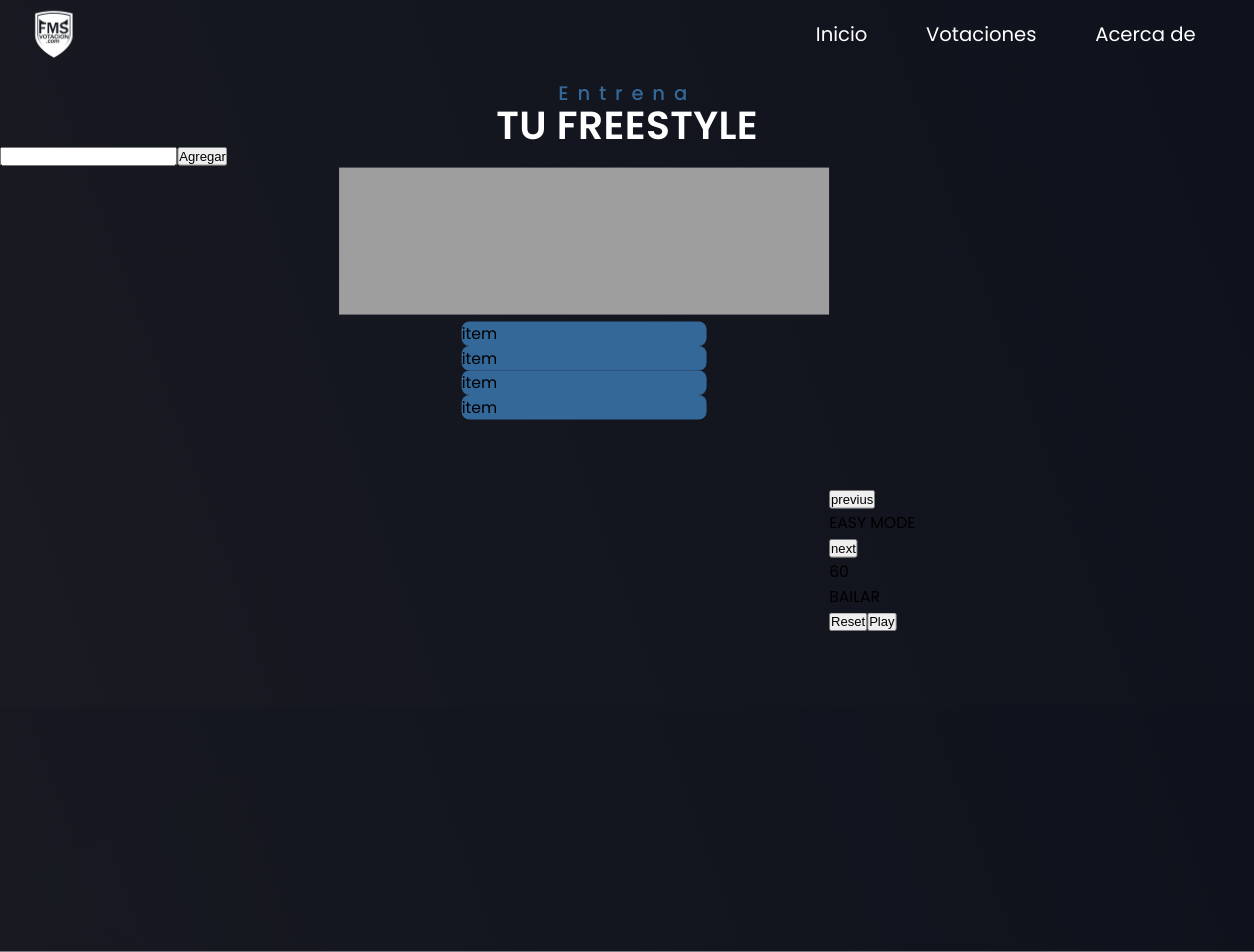
Repository: ezegonzalez912/fmsvotacion2
Page: /practice
An editor plug-in stored every save of this project. The page is shown before and after the next save, followed by the edit.
The browser window is 1280 px wide. The pictures show the whole page, at 98% of full size.
Pictures or frames that could not be fetched are drawn as grey boxes. The page's requests for data from a server got no answer. The project was rebuilt for these pictures with package versions that can differ from the ones it lists, and the page was loaded fresh each time. No one was signed in, and anything a server would have sent is missing. Also part of the build but not shown: src/components/screens/AboutScreen.js, src/components/Error.js, src/components/Apoya.js, src/components/screens/MainScreen.js, src/components/Contexts/CompContext.js, src/helpers/valueCheck.js, src/helpers/valueCheck2.js, src/hooks/useVote.js and 42 more.

Above is the page before, as saved 2021-08-15 00:49:07.

### public/index.html
<!DOCTYPE html>
<html lang="en">
  <head>
    <meta charset="utf-8" />
    <link rel="icon" href="%PUBLIC_URL%/favicon.ico" />
    <meta name="viewport" content="width=device-width, initial-scale=1" />
    <meta name="theme-color" content="#000000" />
    <meta
      name="description"
      content="Vota batallas con formato FMS desde un solo lugar, de manera sencilla, sin la necesesidad de descargar nada.
              COMO VOTAR FMS ARGENTINA CHILE PERU MEXICO COLOMBIA INTERNACIONAL ESPAÑA BNET DESCARGAR COMO VOTAR FMS ONLINE WOS FINAL FMS INTERNACIONAL RED BULL DECIMALES
              2021 2018 FORMATO FMS"
    />
    <link rel="apple-touch-icon" href="%PUBLIC_URL%/logo192.png" />
    <!--
      manifest.json provides metadata used when your web app is installed on a
      user's mobile device or desktop. See https://developers.google.com/web/fundamentals/web-app-manifest/
    -->
    <link rel="manifest" href="%PUBLIC_URL%/manifest.json" />
    <link rel="preconnect" href="https://fonts.googleapis.com">
    <link rel="preconnect" href="https://fonts.gstatic.com" crossorigin>
    <link rel="stylesheet" href="https://cdnjs.cloudflare.com/ajax/libs/animate.css/4.1.1/animate.min.css" />
    <link href="https://fonts.googleapis.com/css2?family=Poppins:wght@100;200;300;400;500;600&display=swap" rel="stylesheet">
    <title>FMS Votación</title>
    <script data-ad-client="ca-pub-5177858250142548" async src="https://pagead2.googlesyndication.com/pagead/js/adsbygoogle.js"></script>
  </head>
  <body>
    <noscript>You need to enable JavaScript to run this app.</noscript>
    <div id="root"></div>
    <!--
      This HTML file is a template.
      If you open it directly in the browser, you will see an empty page.

      You can add webfonts, meta tags, or analytics to this file.
      The build step will place the bundled scripts into the <body> tag.

      To begin the development, run `npm start` or `yarn start`.
      To create a production bundle, use `npm run build` or `yarn build`.
    -->
  </body>
</html>

### src/styles/app.scss
@forward "./settings/main";
@forward "./components/menu";
@forward "./components/mode";
@forward  "./components/subtitles-mode";
@forward "./components/modal";
@forward "./components/navbar";
@forward "./components/screens";
@forward "./components/videoAndVote";
@forward "./components/searchVideo";
@forward "./components/error";
@forward "./components/votedSaveds";
@forward "./components/about";
@forward "./components/apoya";
@forward "./components/practice";
@forward "./settings/settings";

### src/styles/settings/_main.scss
@use "../settings/colors" as c;

body, html{
    background: c.$gradient-primary;
    margin: 0;
    height: auto;
    width: auto;
    box-sizing: border-box;
    font-family: 'Poppins', sans-serif;
}

*{
    margin: 0;
    padding: 0;
    box-sizing: border-box;
}

*::-webkit-scrollbar {
    width: 8px;     /* Tamaño del scroll en vertical */
    height: 8px;    /* Tamaño del scroll en horizontal */
}

*::-webkit-scrollbar-thumb {
    background: rgba(43, 42, 42, 0.267);
    border-radius: 4px;
    box-shadow: 0px 0px 6px rgba(0, 0, 0, 0.315);
}

*::-webkit-scrollbar-track {
    background: c.$dark-primary;
    box-shadow: 0px 0px 6px rgba(0, 0, 0, 0.158);
}

*{
    scroll-behavior: smooth;
}

@media (max-width:280px){
    body, html{
        background: c.$dark-primary;
    }
}

### src/styles/settings/_colors.scss
$primary: #346899;
$secundary: #244463;
// $dark-primary: #1a1a1b;
// $dark-secundary: #242425;
$border: rgba(255, 255, 255, 0.5);
//$gradient-primary: linear-gradient(250.3deg, rgb(24, 24, 24), #242425);
$gradient-primary: linear-gradient(250.3deg, #0E121C, #191A22);
$dark-primary: #16181f;
$dark-secundary: #1d1f25;

### src/styles/settings/_mixins.scss
@use "../settings/colors" as c;

@mixin center($direction) {
    align-items: center;
    display: flex;
    flex-direction: $direction;
    justify-content: center;
}

@mixin input {
    border-style: none;
    outline: none;
    color: white;
    border-radius: 8px;
    font-size: 18px;
    font-weight: 600;
    text-align: center;
    width: 27px;
    height: 27px;
}

@mixin inputNormal {
    border-style: none;
    outline: none;
    cursor: pointer;
    border-radius: 8px;
    font-size: 14px;
    transition: .2s;
}

### src/styles/components/_mode.scss
@use "../settings/colors" as c;
@use "../settings/mixins" as m;

.mode__main{
    display: flex;
    justify-content: space-evenly;
    align-items: center;
    width: 100%;
    height: auto;
    box-sizing: border-box;
    p{
        width: 12%;
        margin: 0;
    }
}

.mode__name{
    @include m.inputNormal;
    cursor: text;
    padding: 3px 0;
    text-align: center;
    background-color: c.$dark-secundary;
    border: 1px solid c.$border;
    color: white;
    width: 17%;
    margin: 0;
    &:focus{
        border: 1px solid c.$primary;
    }
}

.mode__input{
    @include m.input;
    margin: 0 3px;
    background-color: c.$dark-secundary;
}

.mode__input2{
    @include m.input;
    margin: 0 3px 0 10px;
    background-color: c.$dark-secundary;
}

.mode__inputRes{
    @include m.center(column);
}

.mode__checkbox{
    height: 15px;
    margin: 3px 0 0 0;
    color: red;
}

.mode__total{
    @include m.input;
    background-color: c.$dark-secundary;
    color: white;
    margin-left: 10px;
    font-size: 13px;
    width: 35px;
}

.mode__res{
    @include m.center(row)
}

.mode__resultado{
    @include m.center(row);
    justify-content: space-evenly;
    width: 100%;
    p{
        margin: 0 0 5px 0;
    }
    div {
        @include m.center(column);
    }
}

.mode__resultado-subtitle{
    margin: 0;
    color: c.$primary;
    font-weight: 600;
    letter-spacing: .45px;
}

### src/styles/components/_subtitles-mode.scss
@mixin default($padding) {
    display:flex;
    justify-content: flex-end;
    width: 100%;
    text-align: right;
    padding-right: $padding;
    p{
        font-size: 10px;
        font-weight: 300;
        margin-top: 0;
        margin-bottom: 0;
    }
}

.subtitle_4{
    margin-left: 7px;
}
.subtitle_3{
    margin-left: 5px;
}
.subtitle_2{
    margin-left: 4px;
}

.menu__easy-subtitle{
    @include default(72px);
}

.menu__hard-subtitle{
    @include default(83px);
}

.menu__tematica-subtitle{
    @include default(104px);
}

.menu__random-subtitle{
    @include default(60px);
}

.menu__sangre-subtitle{
    @include default(82px);
}

.menu__deluxe-subtitle{
    @include default(22px);
}

### src/styles/components/_modal.scss
@use "../settings/colors" as c;
@use "../settings/mixins" as m;

.modal__main{
    display: none;
    top: 0;
    left: 0;
    position: fixed;
    height: 100%;
    width: 100%;
    background-color: rgba(16, 16, 22, 0.664);
    z-index: 999;
    text-align: center
}

.modal__main-open{
    @include m.center(column);
}

.modal__container{
    @include m.center(column);
    background-color: c.$dark-primary;
    border: 1px solid c.$border;
    border-radius: 8px;
    color: white;
    padding: 20px;
    width: 300px;
    p{
        margin: 0 10px 20px 10px;
    }
    label{
        font-size: 13px;
        display: flex;
        width: 100%;
        padding-left: 10px;
    }
}

@mixin button{
    @include m.inputNormal;
    padding: 8px;
    color: white;
    border: 1px solid c.$border;
    margin: 0 5px;
    background-color: c.$dark-secundary;
}

.modal__button{
    @include button;
    &:hover{
        background-color: c.$primary;
    }
}

.modal__input{
    @include m.inputNormal;
    border: 1px solid c.$border;
    background-color: c.$dark-primary;
    padding: 10px;
    color: white;
    width: 100%;
    margin-bottom: 10px;
    box-sizing: border-box;
    cursor: text;
    &:focus{
        border: 1px solid c.$primary;
    }
}

@media (max-width:300px){
    .modal__container{
        width: 95%;
    }
}

### src/styles/components/_navbar.scss
@use "../settings/colors" as c;
@use "../settings/mixins" as m;

.navBar__cotainer{
    @include m.center(row);
    position: absolute;
    top: 0;
    justify-content: space-between;
    box-sizing: border-box;
    padding: 10px 30px;
    height: 70px;
    width: 100%;
    min-width: 280px;
    box-sizing: border-box;
    z-index: 800;
    a{
        height: 100%;
        z-index: 900;
        img{
            z-index: 900;
            height: 100%;
        }
    }
    .navBar__text{
        a{
            font-size: 20px;
            text-decoration: none;
            color: white;
            padding: 5px 30px;
            transition: .2s;
            &:hover{
                color: c.$primary;
            }
        }
    }
}

.navBar__menu{
    display: none;
    justify-content: center;
    align-items: center;
    z-index: 500;
    height: 50px;
    width: 50px;
    border-radius: 50px;
    transition: .2s;
    &:hover{
      background: c.$primary;
    }
    svg{
        font-size: 35px;
        color: white;
        cursor: pointer;
    }
}

.navBar__menu-list{
    display: none;
    z-index: 400;
    background: c.$dark-secundary;
    box-shadow: 0px 0px 6px rgba(0, 0, 0, 0.315);
    position: absolute;
    top: 0;
    right: 0;
    flex-direction: column;
    box-sizing: border-box;
    width: 100%;
    justify-content: flex-start;
    align-items: center;
    padding-top: 70px;
    a{
        width: 100%;
        text-align: center;
        text-decoration: none;
        color: white;
        padding: 15px 0;
        border-bottom: 1px solid c.$dark-primary;
        transition: .2s;
        &:hover{
            background: c.$dark-primary;
        }
    }
}

@media (max-width:900px){
    .navBar__menu{
        display: flex;
    }
    .navBar__menu-list{
        display: flex;
    }
    .navBar__text{
        display: none;
    }
    .navBar__cotainer{
        padding: 10px 20px;
    }
}
@media (max-width:700px){
    .navBar__cotainer{
        padding: 10px 15px;
    }
}
@media (max-width:600px){
    .navBar__cotainer{
        padding: 10px 10px;
    }
}
@media (max-width:500px){
    .navBar__cotainer{
        padding: 10px 5px;
    }
}

### src/styles/components/_screens.scss
@use "../settings/colors" as c;
@use "../settings/mixins" as m;

.screen__main{
    box-sizing: border-box;
    min-height: 600px;
    min-width: 280px;
    height: 100vh;
    width: 100%;
}

.screen__vote{
    margin-top: 70px;
    width: 100%;
    display: flex;
    justify-content:center;
    align-items: center;
    height: 100vh;
    min-height: 400px;
    min-width: 280px;
}

.vote-window__screen{
    @include m.center(column);
    height: 100vh;
    width: 100%;
}

.about__screen{
    position: relative;
    width: 100%;
    min-height: 100vh;
    height: auto;
    min-width: 280px;
}

.vote-saved__screen{
    min-width: 280px;
    height: auto;
    width: 100%;
    padding-top: 100px;
    padding-bottom: 130px;
    box-sizing: border-box;
    min-height: 100vh;
    @include m.center(column);
    justify-content: flex-start;
    gap: 50px;
    position: relative;
}

.screen__practice{
    padding-top: 80px;
    height: 100vh;
    width: 100%;
}

### src/styles/components/_videoAndVote.scss
@use "../settings/colors" as c;
@use "../settings/mixins" as m;

.videoAndVote__main{
    width: 100%;
    height: 100vh;
    display: flex;
    flex-direction: column;
    justify-content: center;
    align-items: center;
    gap: 5px;
    padding: 5px;
}

.video-player{
    width: 100%;
    height: 100%;
    iframe{
        border-radius: 8px;
    }
}

@media (max-width: 738px){
    .videoAndVote__main{
        padding: 0;
    }
    .video-player{
        iframe{
            border-radius: 0;
        }
    }
    .vote-app__scroll{
        box-sizing: border-box;
        width: 100%;
        overflow-x: scroll;
        overflow-y: hidden;
        min-height: 195px;
        display: flex;
        align-items: flex-start;
        padding: 0 5px;
    }
}

### src/styles/components/_searchVideo.scss
@use "../settings/colors" as c;
@use "../settings/mixins" as m;

.searchVideo__main{
    position: relative;
    @include m.center(column);
    height: 100%;
}

.searchVideo__title{
    @include m.center(column);
    color: white;
    p{
        color: c.$primary;
        font-size: 20px;
        letter-spacing: 0.45em;
    }
    h2{
        letter-spacing: 0.010em;
        font-size: 40px;
        font-weight: 600;
        text-align: center;
        line-height: 110%;
        margin-bottom: 10px;
    }
}

.searchVideo__form{
    display: none;
    border-radius: 20px;
    z-index: 200;
    @include m.center(row);
    box-shadow: 0px 0px 6px rgba(0, 0, 0, 0.315);
    input{
        @include m.inputNormal;
        border-radius: 20px 0 0 20px;
        width: 450px;
        padding: 0 10px;
        height: 40px;
        color: c.$dark-secundary;
        cursor: text;
        background: c.$primary;
        &::placeholder{
            letter-spacing: 0.6px;
            color: c.$dark-secundary;
            font-size: 15px;
        }
    }
    button{
        @include m.inputNormal;
        @include m.center(row);
        background: c.$primary;
        border-left: 1px solid c.$dark-secundary;
        border-radius: 0 20px 20px 0;
        padding: 0 15px;
        height: 40px;
        color: c.$dark-secundary;
        &:hover{
            background: c.$secundary;
        }
    }
}

.searchVideo____ventana{
    @include m.center(row);
    cursor: pointer;
    color: c.$secundary;
    transition: .2s;
    p{
        margin-top: 5px;
        text-decoration: underline;
        font-size: 13px;
    }
    svg{
        font-size: 8px;
        margin-left: 2px;
    }
    &:hover{
        color: c.$primary;
    }
}

.curve{
    position: absolute;
    bottom: 0;
    z-index: 100;
    width: 100%;
    svg{
        path{
            fill: c.$primary;
        }
    }
}

@media (max-width:800px){
    .searchVideo__title{
        h2{
            font-size: 32px;
            line-height: 45px;
        }
        p{
            font-size: 17px;
        }
    }
    .searchVideo____ventana{
        display: none;
    }
}

@media (max-width:600px){
    .searchVideo__main{
        padding:0 30px;
    }
    .searchVideo__form{
        width: 100%;
        input{
            width: 100%;
        }
    }
}

@media (max-width:500px){
    .searchVideo__title{
        h2{
            font-size: 25px;
            line-height: 120%;
            margin-bottom: 5px;
        }
        p{
            font-size: 15px;
        }
    }
}
@media (max-width:400px){
    .searchVideo__title{
        h2{
            font-size: 20px;
            margin-bottom: 5px;
        }
        p{
            font-size: 13px;
        }
    }
    .searchVideo__main{
        padding: 0 15px;
    }
}
@media (max-width:300px){
    .searchVideo__main{
        padding:0 5px;
    }
    .searchVideo__title{
        h2{
            font-size: 17px;
            margin: 3px 0 15px 0;
        }
        p{
            font-size: 11px;
        }
    }
}

### src/styles/components/_error.scss
@use "../settings/colors" as c;
@use "../settings/mixins" as m;

.searchVideo__ventana{
    @include m.center(row);
    width: 100%;
}

.error__container{
    z-index: 900;
    @include m.center(row);
    position: absolute;
    width: 390px;
    padding: 5px 10px 10px 10px;
    top: 5vh;
    background: white;
    border-radius: 20px;
    box-shadow: 3px 3px 6px rgba(0, 0, 0, 0.315);
    svg{
        color: rgb(214, 97, 76);
        font-size: 60px;
        margin-right: 10px;
    }
    h2{
        color: c.$primary;
        font-size: 20px;
    }
    p{
        font-size: 14px;
    }
}

@media (max-width:800px){
    .error__container{
        width: 340px;
        padding: 5px 8px 8px 8px;
        svg{
            font-size: 60px;
            margin-right: 10px;
        }
        h2{
            font-size: 16px;
        }
        p{
            font-size: 12px;
        }
    }
}

@media (max-width:390px){
    .error__container{
        width: 90%;
        svg{
            font-size: 50px;
            margin-right: 5px;
        }
        h2{
            font-size: 14px;
        }
        p{
            font-size: 11.5px;
        }
    }
}

### src/styles/components/_about.scss
@use "../settings/colors" as c;
@use "../settings/mixins" as m;

.about__main{
    @include m.center(column);
    align-items: flex-start;
    width: 100%;
    height: 100%;
    padding: 100px;
    padding-bottom: 150px;
    box-sizing: border-box;
    h1{
        color: white;
    }
}

.about__title{
    margin-bottom: 10px;
    h2{
        letter-spacing: 0.010em;
        font-size: 40px;
        font-weight: 600;
        text-align: center;
        line-height: 90%;
        color: white;
    }
    p{
        color: c.$primary;
        font-size: 20px;
        letter-spacing: 0.45em;
        font-weight: 500;
    }
}

.about__info{
    color: white;
    margin-bottom: 20px;
    max-width: 800px;
    h1{
        font-size: 18px;
        font-weight: 500;
    }
    p{
        font-size: 14px;
        font-weight: 300;
        a{
            color: c.$primary;
            &hover{
                color: c.$secundary;
            }
        }
    }
}

@media (max-width:700px){
    .about__main{
        padding-right: 40px;
        padding-left: 40px;
    }
    .about__title{
        h2{
            font-size: 30px;
        }
        p{
            font-size: 17px;
        }
    }
    .about__info{
        h1{
            font-size: 15px;
        }
        p{
            font-size: 13px;
        }
    }
}

@media (max-width:500px){
    .about__main{
        padding-right: 15px;
        padding-left: 15px;
    }
    .about__title{
        h2{
            font-size: 28px;
        }
        p{
            font-size: 15px;
        }
    }
    .about__info{
        h1{
            font-size: 13px;
        }
        p{
            font-size: 11px;
        }
    }
}
@media (max-width:400px){
    .about__main{
        padding-right: 10px;
        padding-left: 10px;
    }
    .about__title{
        h2{
            font-size: 24px;
        }
    }
}

### src/styles/components/_apoya.scss
@use "../settings/colors" as c;
@use "../settings/mixins" as m;

.apoya__main{
    position: absolute;
    background-color: c.$dark-secundary;
    border: 1px solid c.$border;
    border-radius: 8px;
    width: 285px;
    padding: 5px;
    bottom: 10px;
    right: 10px;
    box-shadow: 1px 1px 6px rgba(0, 0, 0, 0.315);
    h1{
        font-size: 14px;
        font-weight: 500;
        color: c.$primary;
    }
    p{
        font-size: 13px;
        padding-right: 10px;
        font-weight: 300;
        color: c.$dark-primary;
        color: white;
        span{
            color: c.$primary;
            text-decoration: underline;
            cursor: pointer;
            &:hover{
                color: c.$secundary;
            }
        }
    }
    z-index: 900;
}

.apoya__title{
    @include m.center(row);
    justify-content: space-between;
    svg{
        cursor: pointer;
        color: white;
        font-size: 15px;
    }
}

### src/styles/components/_practice.scss
@use "../settings/colors" as c;
@use "../settings/mixins" as m;

.practice__main{
    @include m.center(row);
    flex-wrap: wrap;
}

.practice__select-video{
    width: 500px;
    height: 800px;
    iframe{
        width: 100%;
    }
}

.practice__video-list{
    @include m.center(row);
    flex-wrap: wrap;
    gap: 0 10px;
}

.video-list-item{
    background: c.$primary;
    border-radius: 8px;
    width: 50%;
}

### src/styles/settings/_settings.scss
@use "../settings/colors" as c;

.opacity-0{
    opacity: 0;
}

.dsp-none{
    display: none;
}

.pd-0{
    padding: 0;
}

.cursor-p{
    cursor: pointer;
}

.color-primary{
    color: c.$primary;
}

.f-w800{
    font-weight: 800;
}

.title-ppl{
    letter-spacing: 0.010em;
    font-size: 40px;
    font-weight: 600;
    text-align: center;
    line-height: 90%;
    color: white;
}

.title-scy{
    text-align: center;
    color: c.$primary;
    font-size: 20px;
    letter-spacing: 0.45em;
    font-weight: 500;
}

@media (max-width:800px){
    .title-ppl{
        font-size: 30px
    }
    .title-scy{
        font-size: 15px;
    }
}

Loaded but not shown: src/components/screens/PracticeScreen.js (40 lines, source omitted); src/routers/AppRouter.js (33 lines, source omitted); src/components/NavBar.js (35 lines, source omitted); src/index.js (24 lines, source omitted); src/components/Contexts/StartContext.js (22 lines, source omitted); src/App.js (8 lines, source omitted); src/styles/components/_votedSaveds.scss (245 lines, source omitted); src/styles/components/_menu.scss (183 lines, source omitted)

After the next save:
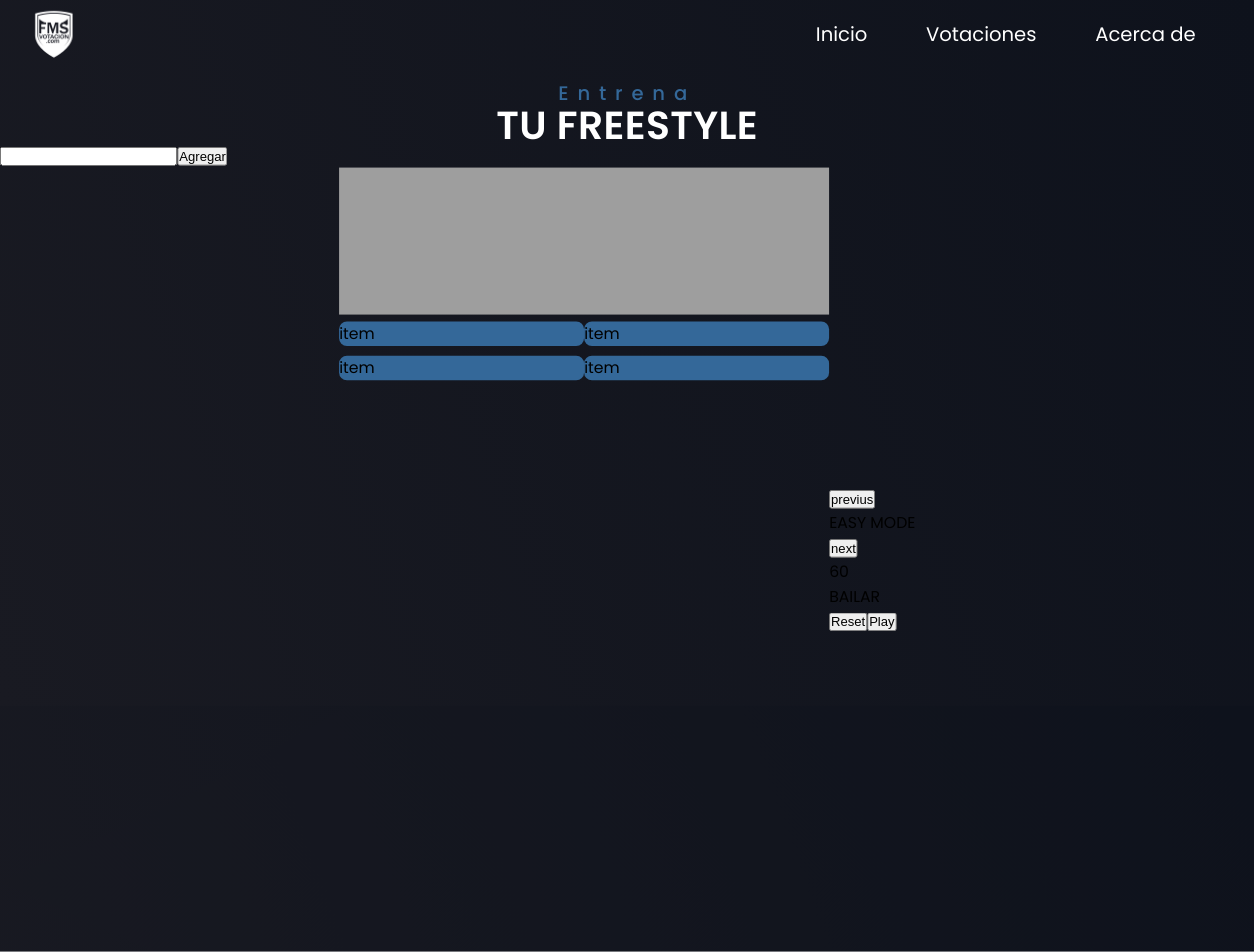
Saved 7 s later.
--- a/src/styles/components/_practice.scss
+++ b/src/styles/components/_practice.scss
@@ -17,7 +17,7 @@
 .practice__video-list{
     @include m.center(row);
     flex-wrap: wrap;
-    gap: 0 10px;
+    gap: 10px 0;
 }
 
 .video-list-item{
